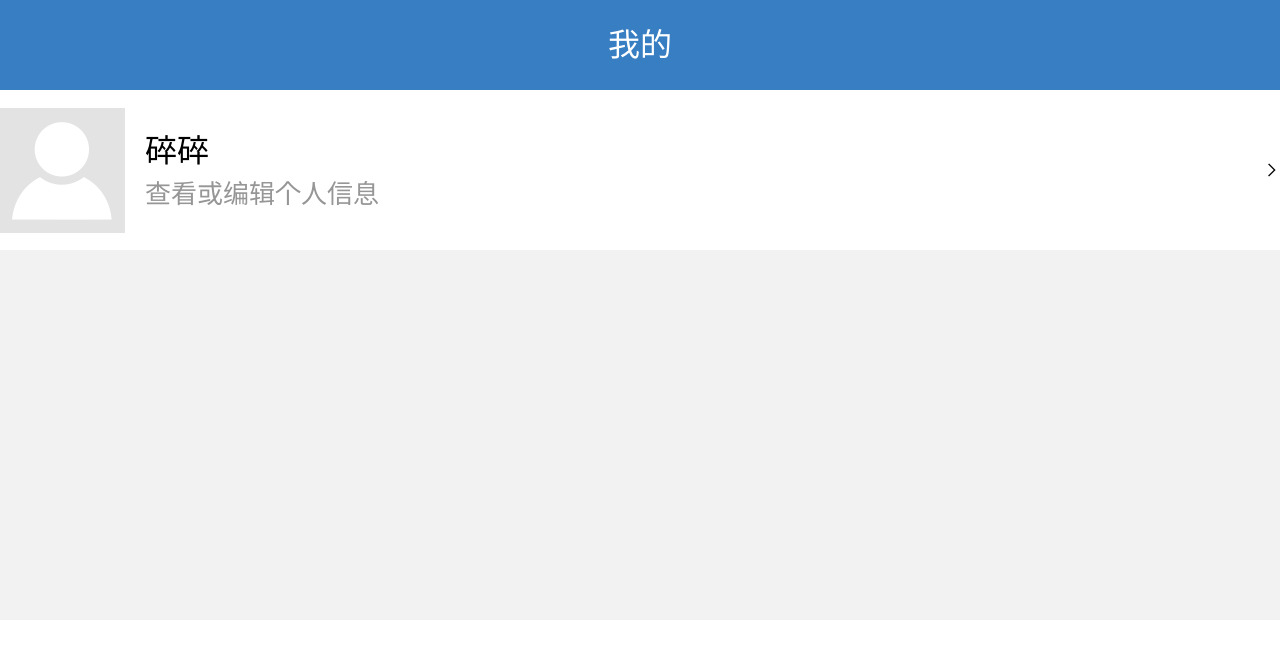
Repository: A1LExX/H5_study_set
Page: myProfile/index.html
These files come from the project's save history. The page is drawn as it stood at one moment and after the next save; the edit follows.
The browser window is 1280 px wide. The pictures show the whole page.

Above is the page before, as saved 2021-07-12 20:20:34.

### myProfile/index.html
<!--
@author [Alex Wei]
@email [w2262196@outlook.com]
@create date 2021-07-12 18:52:43
@modify date 2021-07-12 20:10:47
@desc [description]
-->
<!DOCTYPE html>
<html lang="en">
<head>
    <meta charset="UTF-8">
    <meta http-equiv="X-UA-Compatible" content="IE=edge">
    <meta name="viewport" content="width=device-width, initial-scale=1.0">
    <!-- 引入重制样式表 -->
    <link rel="stylesheet" href="./css/reset.css">
    <!-- 引入移动端适配js -->
    <script src="./js/rem.js"></script>
    <!-- 引入字体图标样式表 -->
    <link rel="stylesheet" href="./css/iconfont.css">
    <!-- 引入当前页面样式表 -->
    <link rel="stylesheet" href="./css/index.css">
    <title>Document</title>
</head>
<body>
    <!-- 页眉 -->
    <div id="top">我的</div>
    <!-- 中间部分 -->
    <div id="mid">
        <div class="proFile">
            <div class="profileLeft">
                <div class="profileImg">
                    <span class="iconfont icon-icontouxiang"></span>
                </div>
                <div class="profileWord">
                    <span>碎碎</span>
                    <span>查看或编辑个人信息</span>
                </div>
            </div>
            <div class="iconfont icon-arrow-right"></div>
        </div>
        <div class="itemOne"></div>
        <div class="itemTwo"></div>
        <div class="setting"></div>
    </div>
    <!-- 页脚 -->
    <div id="footer"></div>
</body>
</html>

### myProfile/css/reset.css
/**
 * @author [Alex Wei]
 * @email [w2262196@outlook.com]
 * @create date 2021-07-12 19:03:59
 * @modify date 2021-07-12 19:05:27
 * @desc [description]
 */
/*
KISSY CSS Reset
理念：1. reset 的目的不是清除浏览器的默认样式，这仅是部分工作。清除和重置是紧密不可分的。
2. reset 的目的不是让默认样式在所有浏览器下一致，而是减少默认样式有可能带来的问题。
3. reset 期望提供一套普适通用的基础样式。但没有银弹，推荐根据具体需求，裁剪和修改后再使用。
特色：1. 适应中文；2. 基于最新主流浏览器。
维护：玉伯<lifesinger@gmail.com>, 正淳<ragecarrier@gmail.com>
 */

/** 清除内外边距 **/
body, h1, h2, h3, h4, h5, h6, hr, p, blockquote, /* structural elements 结构元素 */
dl, dt, dd, ul, ol, li, /* list elements 列表元素 */
pre, /* text formatting elements 文本格式元素 */
form, fieldset, legend, button, input, textarea, /* form elements 表单元素 */
th, td /* table elements 表格元素 */ {
  margin: 0;
  padding: 0;
}

/** 设置默认字体 **/
body,
button, input, select, textarea /* for ie */ {
  font: 12px/1.5 tahoma, arial, \5b8b\4f53, sans-serif;
}
h1, h2, h3, h4, h5, h6 { font-size: 100%; }
address, cite, dfn, em, var { font-style: normal; } /* 将斜体扶正 */
code, kbd, pre, samp { font-family: courier new, courier, monospace; } /* 统一等宽字体 */
small { font-size: 12px; } /* 小于 12px 的中文很难阅读，让 small 正常化 */

/** 重置列表元素 **/
ul, ol { list-style: none; }

/** 重置文本格式元素 **/
a { text-decoration: none; }
a:hover { text-decoration: underline; }


/** 重置表单元素 **/
legend { color: #000; } /* for ie6 */
fieldset, img { border: 0; } /* img 搭车：让链接里的 img 无边框 */
button, input, select, textarea { font-size: 100%; } /* 使得表单元素在 ie 下能继承字体大小 */
/* 注：optgroup 无法扶正 */

/** 重置表格元素 **/
table { border-collapse: collapse; border-spacing: 0; }

/* 清除浮动 */
.ks-clear:after, .clear:after {
  content: '\20';
  display: block;
  height: 0;
  clear: both;
}

.ks-clear, .clear {
  *zoom: 1;
}

### myProfile/js/rem.js
//designWidth:设计稿的实际宽度值，需要根据实际设置
//maxWidth:制作稿的最大宽度值，需要根据实际设置
//这段js的最后面有两个参数记得要设置，一个为设计稿实际宽度，一个为制作稿最大宽度，例如设计稿为750，最大宽度为750，则为(750,750)
;(function(designWidth, maxWidth) {
	var doc = document,
	win = window,
	docEl = doc.documentElement,
	remStyle = document.createElement("style"),
	tid;

	function refreshRem() {
		var width = docEl.getBoundingClientRect().width;
		maxWidth = maxWidth || 540;
		width>maxWidth && (width=maxWidth);
		//屏幕宽度 * 100 / 设计稿宽度
		var rem = width * 100 / designWidth;
		remStyle.innerHTML = 'html{font-size:' + rem + 'px;}';
	}

	if (docEl.firstElementChild) {
		docEl.firstElementChild.appendChild(remStyle);
	} else {
		var wrap = doc.createElement("div");
		wrap.appendChild(remStyle);
		doc.write(wrap.innerHTML);
		wrap = null;
	}
	//要等 wiewport 设置好后才能执行 refreshRem，不然 refreshRem 会执行2次；
	refreshRem();

	win.addEventListener("resize", function() {
		clearTimeout(tid); //防止执行两次
		tid = setTimeout(refreshRem, 300);
	}, false);

	win.addEventListener("pageshow", function(e) {
		if (e.persisted) { // 浏览器后退的时候重新计算
			clearTimeout(tid);
			tid = setTimeout(refreshRem, 300);
		}
	}, false);

	if (doc.readyState === "complete") {
		doc.body.style.fontSize = "16px";
	} else {
		doc.addEventListener("DOMContentLoaded", function(e) {
			doc.body.style.fontSize = "16px";
		}, false);
	}
})(750, 750);

### myProfile/css/iconfont.css
@font-face {
  font-family: "iconfont"; /* Project id  */
  src: url('../fonts/iconfont.ttf?t=1626088719469') format('truetype');
}

.iconfont {
  font-family: "iconfont" !important;
  font-size: 16px;
  font-style: normal;
  -webkit-font-smoothing: antialiased;
  -moz-osx-font-smoothing: grayscale;
}

.icon-arrow-right:before {
  content: "\e601";
}

.icon-fangzi:before {
  content: "\e614";
}

.icon-fangzi1:before {
  content: "\e6d3";
}

.icon-icontouxiang:before {
  content: "\e622";
}

.icon-quanquanb:before {
  content: "\e6d4";
}

.icon-baobiao:before {
  content: "\e65c";
}

.icon-liuyan:before {
  content: "\e615";
}

.icon-shouye:before {
  content: "\e60b";
}

.icon-baoming:before {
  content: "\e664";
}

.icon-shezhi:before {
  content: "\e63a";
}

.icon-dibudaohanglan-:before {
  content: "\e630";
}

.icon-renyuan:before {
  content: "\e61a";
}

### myProfile/css/index.css
/**
 * @author [Alex Wei]
 * @email [w2262196@outlook.com]
 * @create date 2021-07-12 19:23:21
 * @modify date 2021-07-12 20:20:34
 * @desc [description]
 */
html, body{
    width: 100%;
    height: 100%;
}

body{
    display: flex;
    flex-direction: column;
}

#top{
    height: .9rem;
    background: #387ec2;
    color: white;
    font-size: .32rem;
    line-height: .9rem;
    text-align: center;
}


#mid{
    flex: 1;
    background: #f2f2f2;
    overflow: scroll;
    display: flex;
    flex-direction: column;
}

#mid .profileImg{
    width: 1.25rem;
    height: 1.25rem;
    background: #e3e3e3;
    text-align: center;
    margin-right: .20rem;
}

.proFile{
    display: flex;
    justify-content: space-between;
    align-items: center;
    background: white;
    height: 1.6rem;
}

.icon-icontouxiang{
    font-size: 1rem;
    line-height: 1.25rem;
    /* text-align: center; */
    color: white;
}

.profileLeft{
    display: flex;
    justify-content: space-between;
    align-items: center;
}

.profileWord span:first-child{
    font-size: .32rem;
}

.profileWord span:last-child{
    /* display: inline; */
    display: block;
    font-size: .26rem;
    color: #969696;
}

#mid>div{

}

#footer{
    height: 1rem;
}

After the next save:
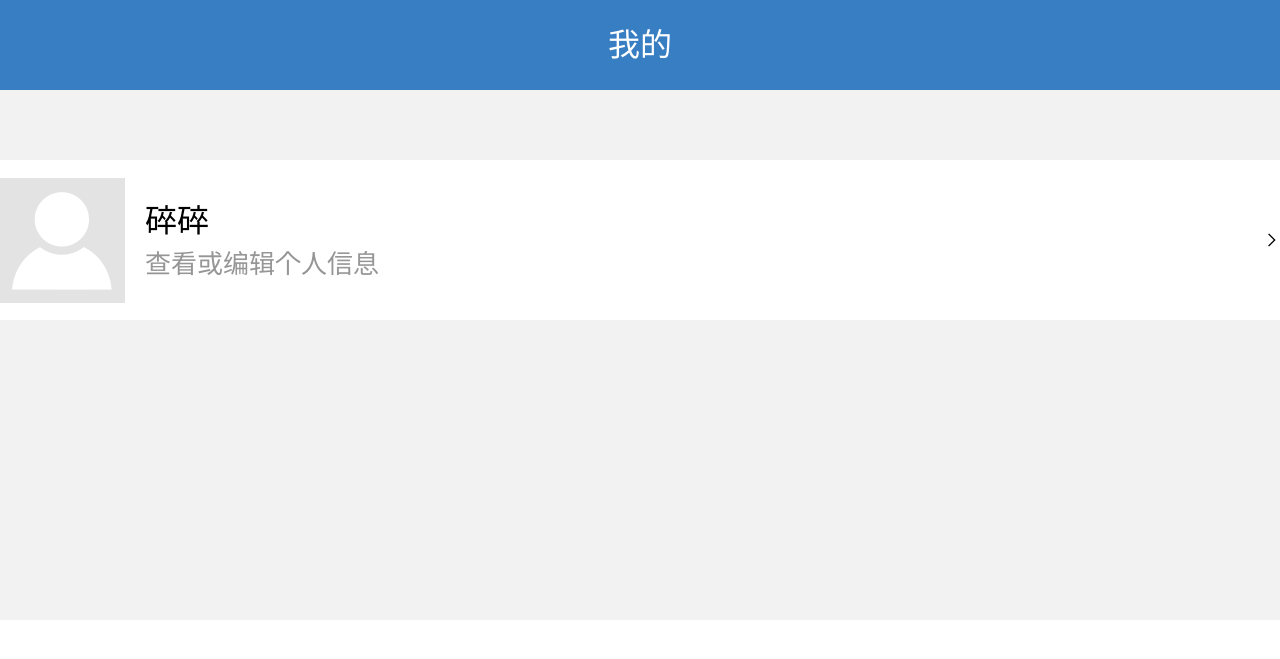
Saved 10 s later.
--- a/myProfile/css/index.css
+++ b/myProfile/css/index.css
@@ -2,7 +2,7 @@
  * @author [Alex Wei]
  * @email [w2262196@outlook.com]
  * @create date 2021-07-12 19:23:21
- * @modify date 2021-07-12 20:20:34
+ * @modify date 2021-07-12 20:20:44
  * @desc [description]
  */
 html, body{
@@ -74,7 +74,7 @@ body{
 }
 
 #mid>div{
-
+    margin-top: 0.7rem;
 }
 
 #footer{
